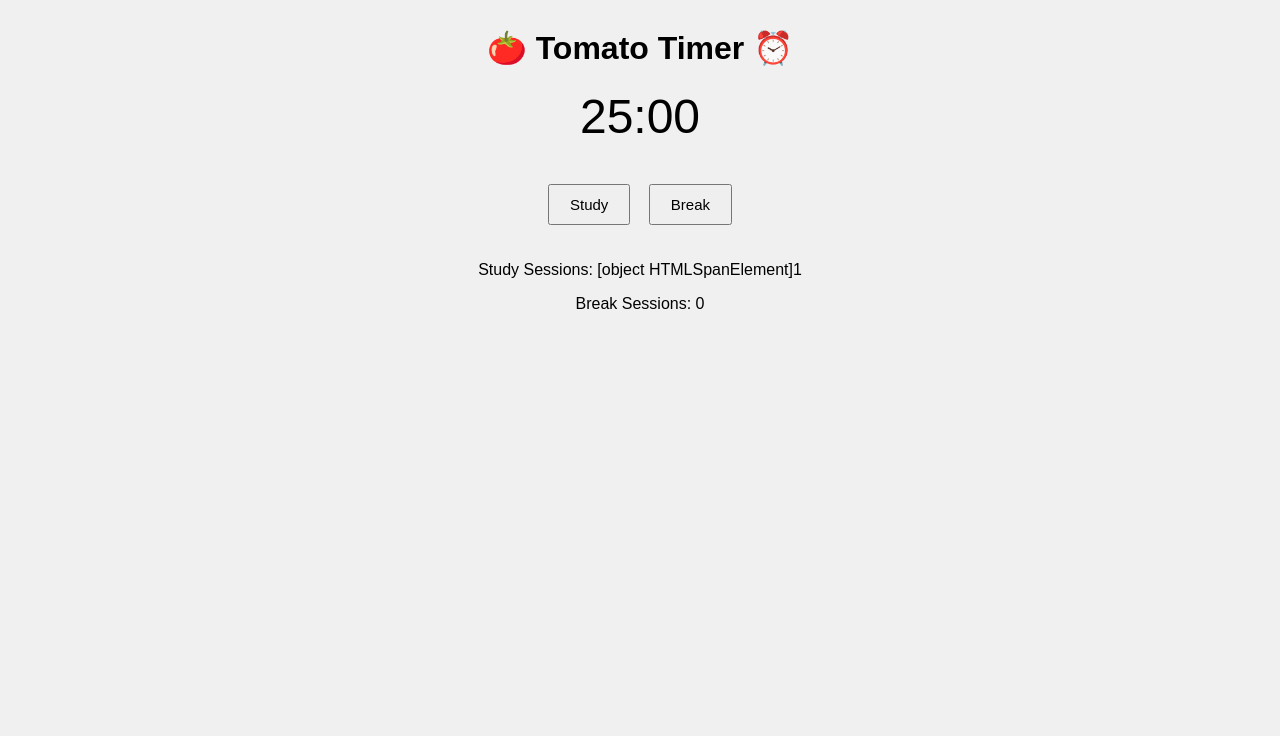
Repository: valentinaarojas/tomato-timer
Page: index.html
An editor plug-in stored every save of this project. The page is shown before and after the next save, followed by the edit.
The browser window is 1280 px wide. The pictures show the whole page.
After loading, the first visible `#study-btn` was clicked once.

Above is the page before, as saved 2025-02-06 21:19:50.

### index.html
<!DOCTYPE html>
<html lang="en">
<head>
    <title>Tomato Timer</title>
    <link rel="stylesheet" href="styles.css">
    <script src="script.js"></script>
</head>
<body>
    <div id="container">
        <h1>🍅 Tomato Timer ⏰</h1>
        <div id="timer-display">
            <span id="time-left">25:00</span>
        </div>
        <div id="buttons">
            <button id="study-btn">Study</button>
            <button id="break-btn">Break</button>
        </div>
        <div id="session-count">
            <p>Study Sessions: <span id="study-count">0</span></p>
            <p>Break Sessions: <span id="break-count">0</span></p>
        </div>
        <div id="theme" style="display: none;">
            <button id="light-theme">Light</button>
            <button id="dark-theme">Dark</button>
        </div>
    </div>
</body>
</html>

### styles.css
body {
    font-family: Arial, sans-serif;
    background-color: #f0f0f0;
    display: flex;
    justify-content: center;
    text-align: center;
    height: 100vh;
}

.container {
    text-align: center;
}

#timer-display {
    margin: 20px 0;
    font-size: 48px;
}

#buttons button {
    font-size: 15px;
    margin: 20px 7px;
    padding: 10px 20px;
}

#session-count {
    margin-top: 10px;
}

#light-theme {
    background-color: white;
    color: black;
}

#dark-theme {
    background-color: black;
    color: white;
}

### script.js
document.addEventListener('DOMContentLoaded', function() {
    const studybtn = document.getElementById('study-btn');
    const breakbtn = document.getElementById('break-btn');
    const studycount = document.querySelector('#study-count');

    studybtn.addEventListener('click', function() {

        studycount.textContent = studycount + 1;
    });

    breakbtn.addEventListener('click', function() {
        console.log('Break was clicked!')
    });
});

After the next save:
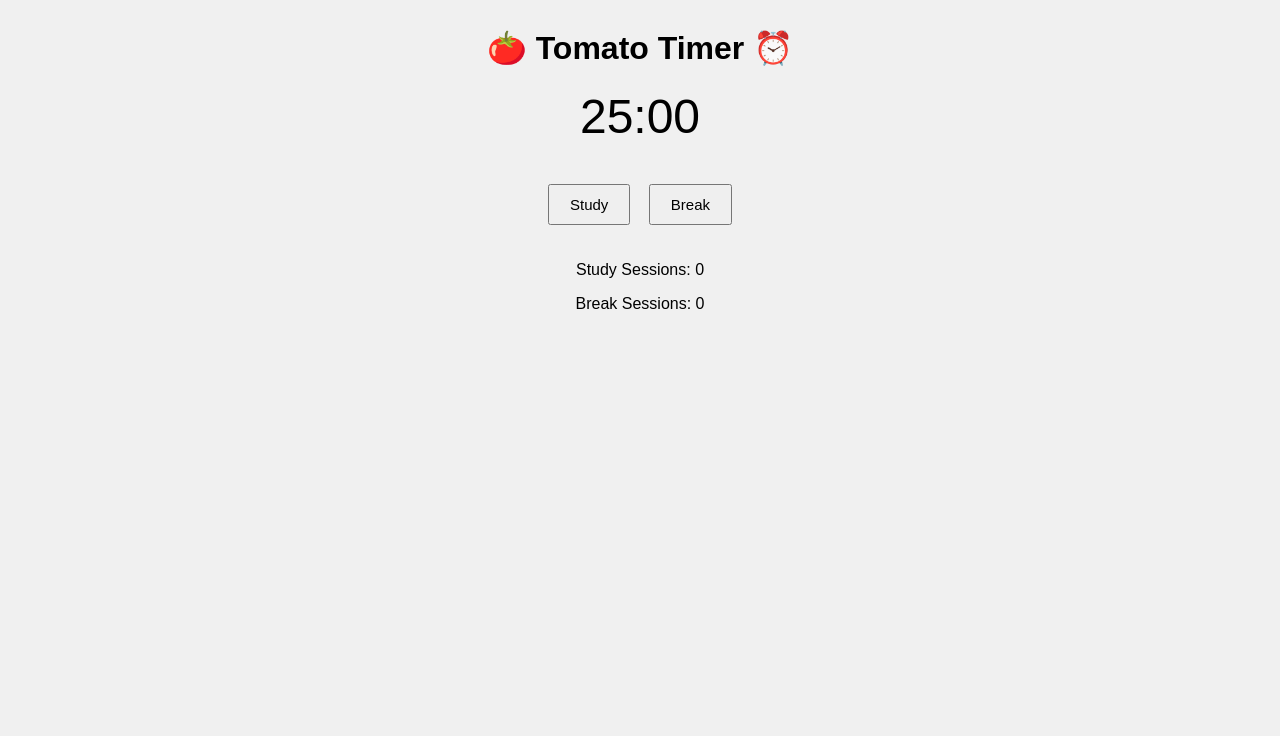
Console error: ReferenceError: currCount is not defined
Saved 7 s later.
--- a/script.js
+++ b/script.js
@@ -5,7 +5,7 @@ document.addEventListener('DOMContentLoaded', function() {
 
     studybtn.addEventListener('click', function() {
 
-        studycount.textContent = studycount + 1;
+        studycount.textContent = currCount;
     });
 
     breakbtn.addEventListener('click', function() {
